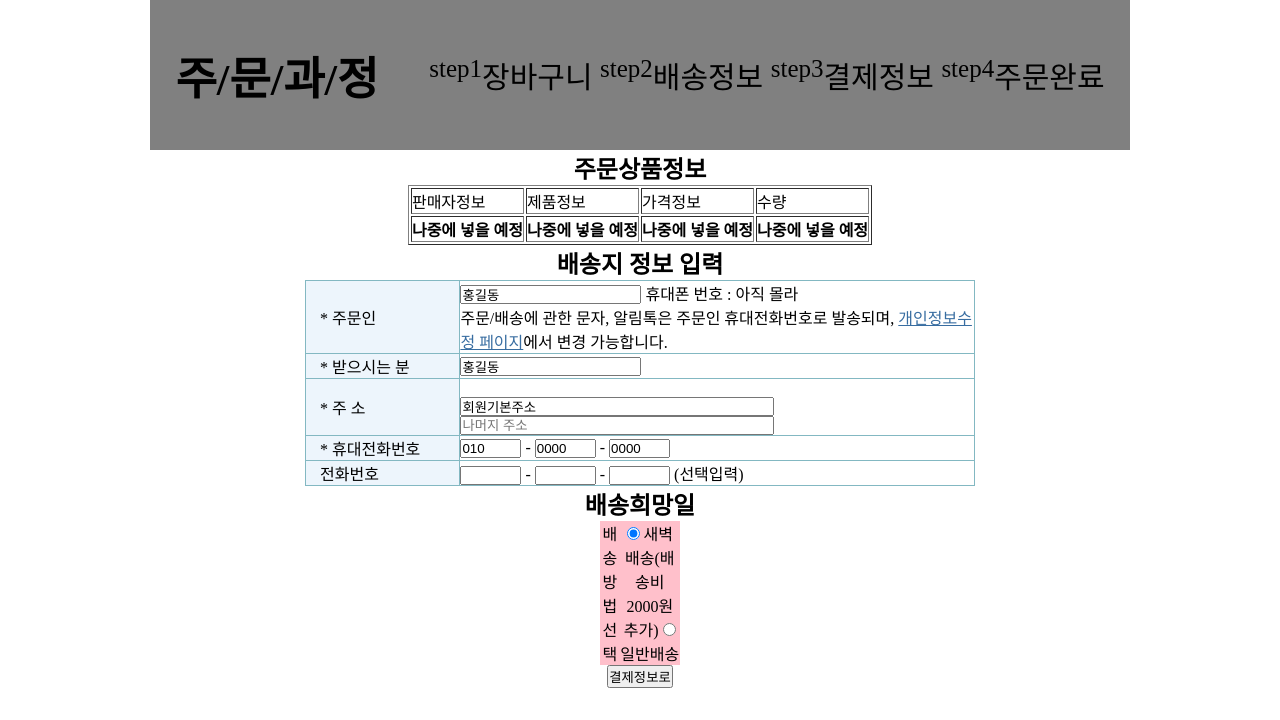
Repository: kym-1000/book
Page: http://localhost/book/WEB-INF/views/home.jsp
These files come from the project's save history. The page is drawn as it stood at one moment and after the next save; the edit follows.
The browser window is 1280 px wide. The pictures show the whole page.
The page is served by Tomcat 9. Nobody is signed in. Other server files are loaded and not shown. The template is opened directly, without the code that normally fills it, so the values that code supplies are empty.

Above is the page before, as saved 2023-01-02 03:11:38.

### book/book/src/main/webapp/WEB-INF/views/home.jsp
<%@ page language="java" contentType="text/html; charset=UTF-8"
    pageEncoding="UTF-8"%>
<%@ taglib uri="http://java.sun.com/jsp/jstl/core" prefix="c" %>
<%@ page session="false" %>

<!DOCTYPE html>
<html>
<head>
<meta charset="UTF-8">
<title>Insert title here</title>
<style type="text/css">


	*{
		margin: auto;
		padding: 0;
		}


	#pagetop{
		margin-left: 150px;
		margin-right: 150px;
	    background-color: grey;
	    font-size: 30px;
		height: 150px;
		display : flex;
	  	/* justify-content : center; */
	  	align-items : center;
		}

	#productinfo{
		margin-left: 150px;
		margin-right: 150px;
		display : flex;
		align-items : center;
		}

	#DefaultAddr{
		margin-left: 150px;
		margin-right: 150px;
		display : flex;
		align-items : center;
		}

	#productprice{
		margin-left: 600px;
		margin-right: 600px;
		display : flex;
		align-items : center;
		border: 1 solid;
		background-color: pink;
		text-align: center;
	}

	#btn{
		text-align: center;
		align-items : center;
		display : flex;
	}



</style>
</head>
<body>

	<div id="pagetop">
		<h2 style="text-align: left;">
			주/문/과/정
		</h2>
		<div style="text-align: right;">
		<sup>step1</sup>장바구니 <sup>step2</sup>배송정보 <sup>step3</sup>결제정보 <sup>step4</sup>주문완료
		</div>
	</div>

		<h2 style="text-align: center;">
			주문상품정보
		</h2>

	<div id="productinfo">
		<table border="1">
			<tr>
				<td>판매자정보</td>
				<td>제품정보</td>
				<td>가격정보</td>
				<td>수량</td>
			</tr>
			<tr>
				<th>나중에 넣을 예정</td>
				<th>나중에 넣을 예정</td>
				<th>나중에 넣을 예정</td>
				<th>나중에 넣을 예정</td>
			</tr>
		</table>
	</div>

	<h2 style="text-align: center;">배송지 정보 입력</h2>

	<form action="#" method="post">

		<div id="DefaultAddr">
			<table id="Table1" cellspacing="1" cellpadding="3" width="670" bgcolor="#83b8c2" border="0" align="center">
				<tbody>
				<tr>
					<td class="popup" align="left" width="23%" bgcolor="#edf5fc" style="padding-left:14px;"><span class="warning">* </span>주문인</td>
					<td bgcolor="#ffffff">
						<input type="text" name="OrdererName" class="form" value="홍길동" maxlength="20">

						 휴대폰 번호 : 아직 몰라 <br>주문/배송에 관한 문자, 알림톡은 주문인 휴대전화번호로 발송되며,  <a style="color:#386da1" href="#" target="_blank">개인정보수정 페이지</a>에서 변경 가능합니다.

					</td>
				</tr>
				<tr>
					<td class="popup" align="left" width="23%" bgcolor="#edf5fc" style="padding-left:14px;"><span class="warning">* </span>받으시는 분</td>
					<td bgcolor="#ffffff"><input class="form" type="text" maxlength="20" value="홍길동" name="ReceiverName">

					</td>
				</tr>

				<tr>
					<td class="popup" align="left" width="23%" bgcolor="#edf5fc" style="padding-left:14px;"><span class="warning">*</span>
						주 소</td>
					<td bgcolor="#ffffff">

							<br>
							<input type="text" id="Address1" name="Address1" class="form" style="width:310px" maxlength="50" readonly="readonly" value="회원기본주소">
							<br>
							<input type="text" id="Address2" name="Address2" class="form" style="width:310px" maxlength="100" value="" placeholder="나머지 주소">

					</td>
				</tr>
				<tr>
					<td class="popup" align="left" width="23%" bgcolor="#edf5fc" style="padding-left:14px;"><span class="warning">* </span>휴대전화번호</td>
					<td bgcolor="#ffffff">
					<input class="form" type="text" maxlength="4" size="5" name="Hp1" value="010"> -
					 <input class="form" type="text" maxlength="4" size="5" name="Hp2" value="0000"> -
					  <input class="form" type="text" maxlength="4" size="5" name="Hp3" value="0000">


					</td>
				</tr>
				<tr>
					<td class="popup" align="left" width="23%" bgcolor="#edf5fc" style="padding-left:14px;">
						전화번호</td>
					<td bgcolor="#ffffff">
					<input class="form" type="text" maxlength="4" size="5" name="Tel1" value=""> -
					 <input class="form" type="text" maxlength="4" size="5" name="Tel2" value=""> -
					  <input class="form" type="text" maxlength="4" size="5" name="Tel3" value=""> (선택입력)</td>
				</tr>
				</tbody></table>
		</div>

		<h2 style="text-align: center;">배송희망일</h2>

		<div id="productprice">
				<p>배송방법 선택</p>
			<fieldset style="border: none;">
			  <label>
			    <input type="radio" name="contact" value="email" checked />
			    <span>새벽배송(배송비2000원추가)</span>
			  </label>

			  <label>
			    <input type="radio" name="contact" value="phone" />
			    <span>일반배송</span>
			  </label>
			</fieldset>

		</div>

		<button type="submit" id="btn" >결제정보로</button>

		</form>













</body>
</html>

After the next save:
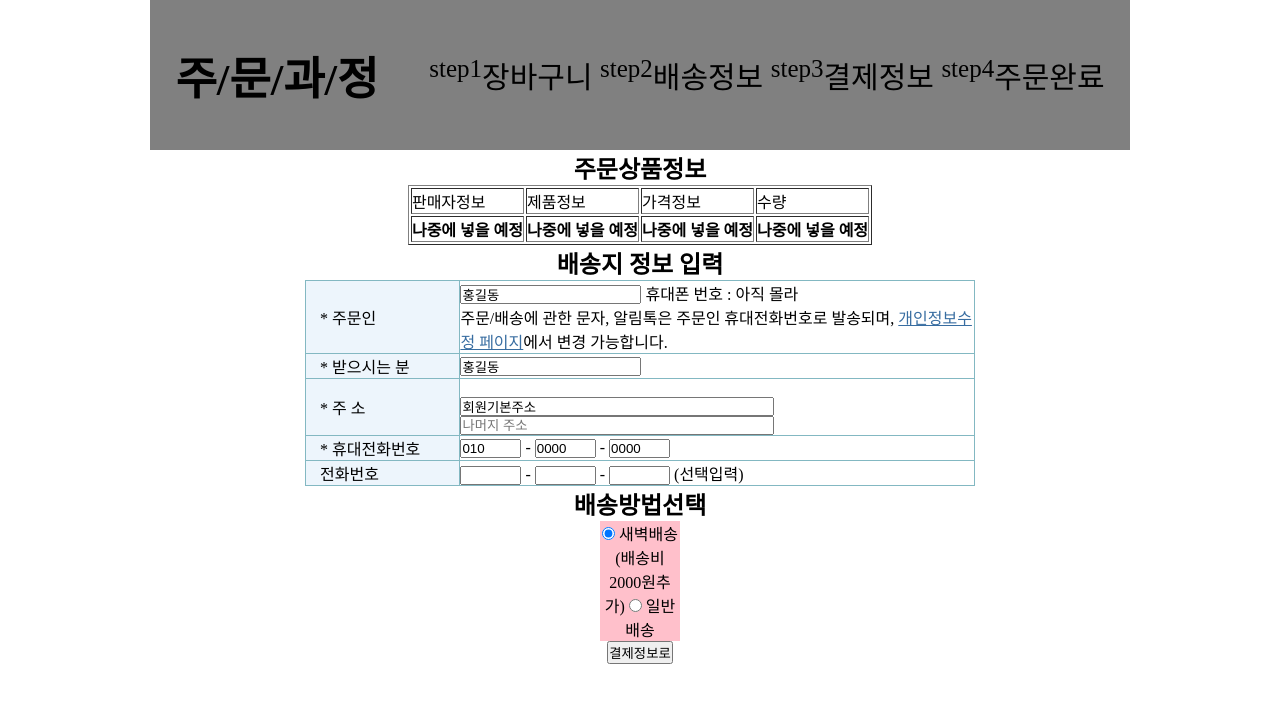
Saved 34 s later.
--- a/book/book/src/main/webapp/WEB-INF/views/home.jsp
+++ b/book/book/src/main/webapp/WEB-INF/views/home.jsp
@@ -150,10 +150,9 @@
 				</tbody></table>
 		</div>
 
-		<h2 style="text-align: center;">배송희망일</h2>
+		<h2 style="text-align: center;">배송방법선택</h2>
 
 		<div id="productprice">
-				<p>배송방법 선택</p>
 			<fieldset style="border: none;">
 			  <label>
 			    <input type="radio" name="contact" value="email" checked />
